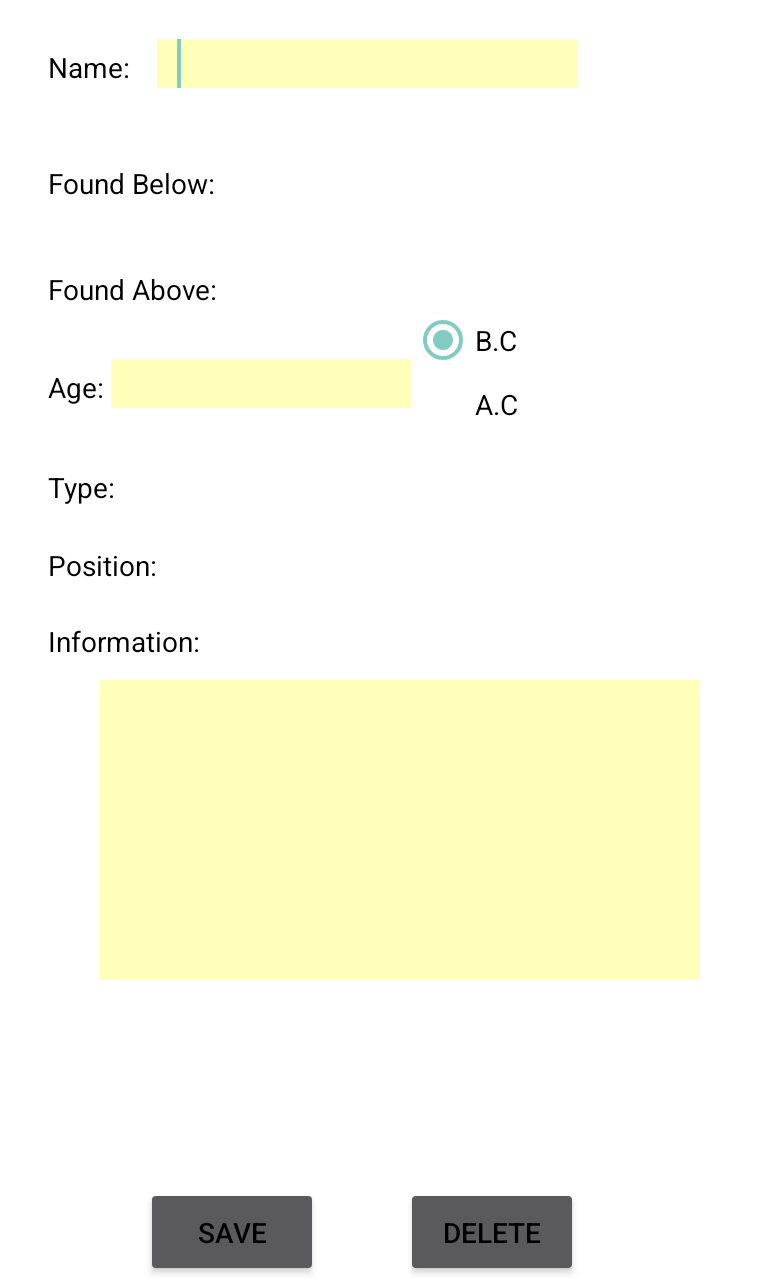
Repository: qfornaguera/AppQuelogy
Layout: AppQueology/res/layout/activity_artifact.xml
These files come from the project's save history. The layout is drawn as it stood at one moment and after the next save; the edit follows.
It is drawn on a 768 x 1280 px phone screen (xhdpi) without system bars, with theme Theme.AppCompat; the app's code is not run.

Above is the layout before, as saved 2014-05-28 16:29:22.

### AppQueology/res/layout/activity_artifact.xml
<RelativeLayout xmlns:tools="http://schemas.android.com/tools"
    xmlns:android="http://schemas.android.com/apk/res/android"
    android:layout_width="wrap_content"
    android:layout_height="wrap_content"
    android:background="#ffffff"
    tools:context="com.example.appqueology.ArtifactActivity" >

	<ScrollView
	    android:layout_width="wrap_content"
	    android:layout_height="wrap_content" >

		<RelativeLayout
		    android:id="@+id/container"
		    android:layout_width="wrap_content"
		    android:layout_height="594dp"
		    android:background="#ffffff"
		    tools:ignore="MergeRootFrame" >

		    <TextView
		        android:id="@+id/textView1"
		        android:layout_width="wrap_content"
		        android:layout_height="wrap_content"
		        android:layout_alignParentLeft="true"
		        android:layout_alignParentTop="true"
		        android:layout_marginLeft="24dp"
		        android:layout_marginTop="24dp"
		        android:text="Name: "
		        android:textColor="#000000" />



		    <TextView
		        android:id="@+id/textView2"
		        android:layout_width="wrap_content"
		        android:layout_height="wrap_content"
		        android:layout_alignLeft="@+id/textView1"
		        android:layout_below="@+id/editText1"
		        android:layout_marginTop="38dp"
		        android:text="Found Below: "
		        android:textAppearance="?android:attr/textAppearanceSmall"
		        android:textColor="#000000" />

		    <TextView
		        android:id="@+id/textView3"
		        android:layout_width="wrap_content"
		        android:layout_height="wrap_content"
		        android:layout_alignBaseline="@+id/textView2"
		        android:layout_alignBottom="@+id/textView2"
		        android:layout_alignRight="@+id/editText1"
		        android:layout_toRightOf="@+id/textView2"
		        android:ems="10"
		        android:textColor="#000000" />

		    <TextView
		        android:id="@+id/textView4"
		        android:layout_width="wrap_content"
		        android:layout_height="wrap_content"
		        android:layout_alignLeft="@+id/textView2"
		        android:layout_below="@+id/textView2"
		        android:layout_marginTop="34dp"
		        android:text="Found Above: "
		        android:textAppearance="?android:attr/textAppearanceSmall"
		        android:textColor="#000000" />

		    <TextView
		        android:id="@+id/textView5"
		        android:layout_width="wrap_content"
		        android:layout_height="wrap_content"
		        android:layout_alignBaseline="@+id/textView4"
		        android:layout_alignBottom="@+id/textView4"
		        android:layout_alignParentRight="true"
		        android:layout_toRightOf="@+id/textView4"
		        android:textColor="#000000" />

		    <TextView
		        android:id="@+id/textView6"
		        android:layout_width="wrap_content"
		        android:layout_height="wrap_content"
		        android:layout_alignLeft="@+id/textView4"
		        android:layout_below="@+id/textView4"
		        android:layout_marginTop="30dp"
		        android:text="Age: "
		        android:textColor="#000000" />

		    <EditText
		        android:id="@+id/editText2"
		        android:layout_width="wrap_content"
		        android:layout_height="wrap_content"
		        android:layout_alignBaseline="@+id/textView6"
		        android:layout_alignBottom="@+id/textView6"
		        android:layout_toRightOf="@+id/textView6"
		        android:background="#FEFFB8"
		        android:ems="10"
		        android:inputType="numberSigned"
		        android:paddingLeft="10dp"
		        android:textColor="#000000"
		        android:width="150dp" />

		    <TextView
		        android:id="@+id/textView7"
		        android:layout_width="wrap_content"
		        android:layout_height="wrap_content"
		        android:layout_alignLeft="@+id/textView6"
		        android:layout_below="@+id/radioGroup1"
		        android:layout_marginTop="16dp"
		        android:text="Type: "
		        android:textColor="#000000" />

		    <RadioGroup
		        android:id="@+id/radioGroup1"
		        android:layout_width="wrap_content"
		        android:layout_height="wrap_content"
		        android:layout_below="@+id/textView5"
		        android:layout_toRightOf="@+id/editText2"
		        android:width="50dp" >

		        <RadioButton
		            android:id="@+id/radio0"
		            android:layout_width="wrap_content"
		            android:layout_height="wrap_content"
		            android:checked="true"
		            android:text="B.C"
		            android:textColor="#000000" />

		        <RadioButton
		            android:id="@+id/radio1"
		            android:layout_width="wrap_content"
		            android:layout_height="wrap_content"
		            android:text="A.C"
		            android:textColor="#000000" />
		    </RadioGroup>

		    <TextView
		        android:id="@+id/textView8"
		        android:layout_width="wrap_content"
		        android:layout_height="wrap_content"
		        android:layout_alignBottom="@+id/textView7"
		        android:layout_alignRight="@+id/textView3"
		        android:layout_toRightOf="@+id/textView1"
		        android:textColor="#000000" />

		    <TextView
		        android:id="@+id/textView9"
		        android:layout_width="wrap_content"
		        android:layout_height="wrap_content"
		        android:layout_alignLeft="@+id/textView7"
		        android:layout_below="@+id/textView7"
		        android:layout_marginTop="58dp"
		        android:text="Information: "
		        android:textColor="#000000" />

		    <TextView
		        android:id="@+id/textView10"
		        android:layout_width="wrap_content"
		        android:layout_height="wrap_content"
		        android:layout_alignLeft="@+id/textView7"
		        android:layout_below="@+id/textView7"
		        android:layout_marginTop="20dp"
		        android:text="Position:"
		        android:textColor="#000000" />

		    <EditText
		        android:id="@+id/editText3"
		        android:layout_width="300dp"
		        android:layout_height="150dp"
		        android:layout_alignParentLeft="true"
		        android:layout_below="@+id/textView9"
		        android:layout_marginLeft="50dp"
		        android:layout_marginTop="10dp"
		        android:background="#FEFFB8"
		        android:ems="10"
		        android:gravity="center_vertical|top"
		        android:inputType="textMultiLine"
		        android:paddingLeft="10dp"
		        android:textColor="#000000"
		        android:textSize="10sp" >

		    </EditText>

		    <EditText
		        android:id="@+id/editText1"
		        android:layout_width="wrap_content"
		        android:layout_height="wrap_content"
		        android:layout_alignBaseline="@+id/textView1"
		        android:layout_alignBottom="@+id/textView1"
		        android:layout_toRightOf="@+id/textView10"
		        android:background="#FEFFB8"
		        android:ems="10"
		        android:maxLength="25"
		        android:paddingLeft="10dp"
		        android:textColor="#000000" >

		        <requestFocus />
		    </EditText>

		    <Spinner
		        android:id="@+id/spinner1"
		        android:layout_width="wrap_content"
		        android:layout_height="wrap_content"
		        android:layout_marginLeft="1dp"
		        android:layout_marginTop="-9dp"
		        android:layout_alignTop="@+id/textView10"
		        android:layout_toRightOf="@+id/textView10" />

		</RelativeLayout>
	</ScrollView>

    <Button
        android:id="@+id/delete"
        android:layout_width="wrap_content"
        android:layout_height="wrap_content"
        android:layout_alignParentBottom="true"
        android:layout_marginLeft="42dp"
        android:layout_toRightOf="@+id/save"
        android:text="Delete"
        android:textColor="#000000" />

    <Button
        android:id="@+id/save"
        android:layout_width="wrap_content"
        android:layout_height="wrap_content"
        android:layout_alignParentBottom="true"
        android:layout_alignParentLeft="true"
        android:layout_marginLeft="72dp"
        android:text="Save"
        android:textColor="#000000" />

</RelativeLayout>

After the next save:
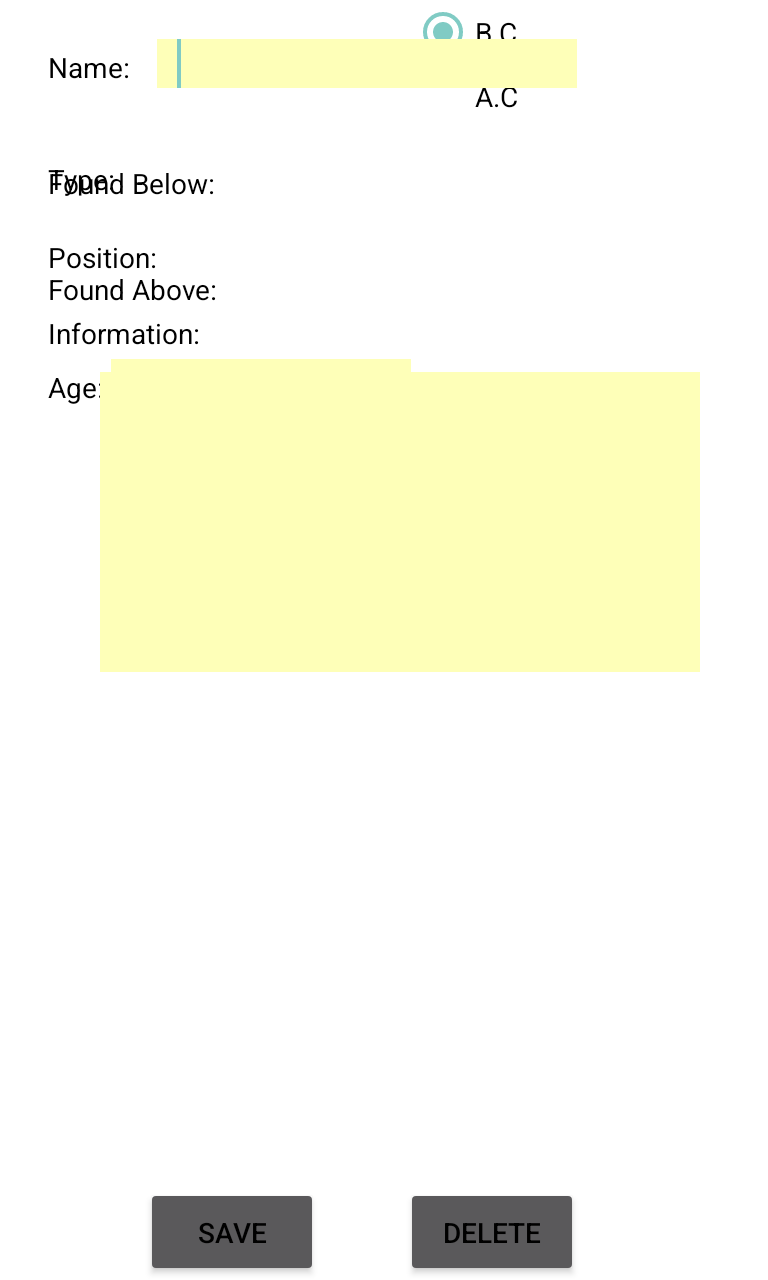
Saved 13 min 15 s later.
--- a/AppQueology/res/layout/activity_artifact.xml
+++ b/AppQueology/res/layout/activity_artifact.xml
@@ -61,17 +61,17 @@
 		        android:text="Found Above: "
 		        android:textAppearance="?android:attr/textAppearanceSmall"
 		        android:textColor="#000000" />
-
-		    <TextView
-		        android:id="@+id/textView5"
-		        android:layout_width="wrap_content"
-		        android:layout_height="wrap_content"
-		        android:layout_alignBaseline="@+id/textView4"
-		        android:layout_alignBottom="@+id/textView4"
-		        android:layout_alignParentRight="true"
-		        android:layout_toRightOf="@+id/textView4"
-		        android:textColor="#000000" />
-
+			<HorizontalScrollView >
+			    <TextView
+			        android:id="@+id/textView5"
+			        android:layout_width="wrap_content"
+			        android:layout_height="wrap_content"
+			        android:layout_alignBaseline="@+id/textView4"
+			        android:layout_alignBottom="@+id/textView4"
+			        android:layout_alignParentRight="true"
+			        android:layout_toRightOf="@+id/textView4"
+			        android:textColor="#000000" />
+			</HorizontalScrollView>
 		    <TextView
 		        android:id="@+id/textView6"
 		        android:layout_width="wrap_content"

After the 2 saves that followed:
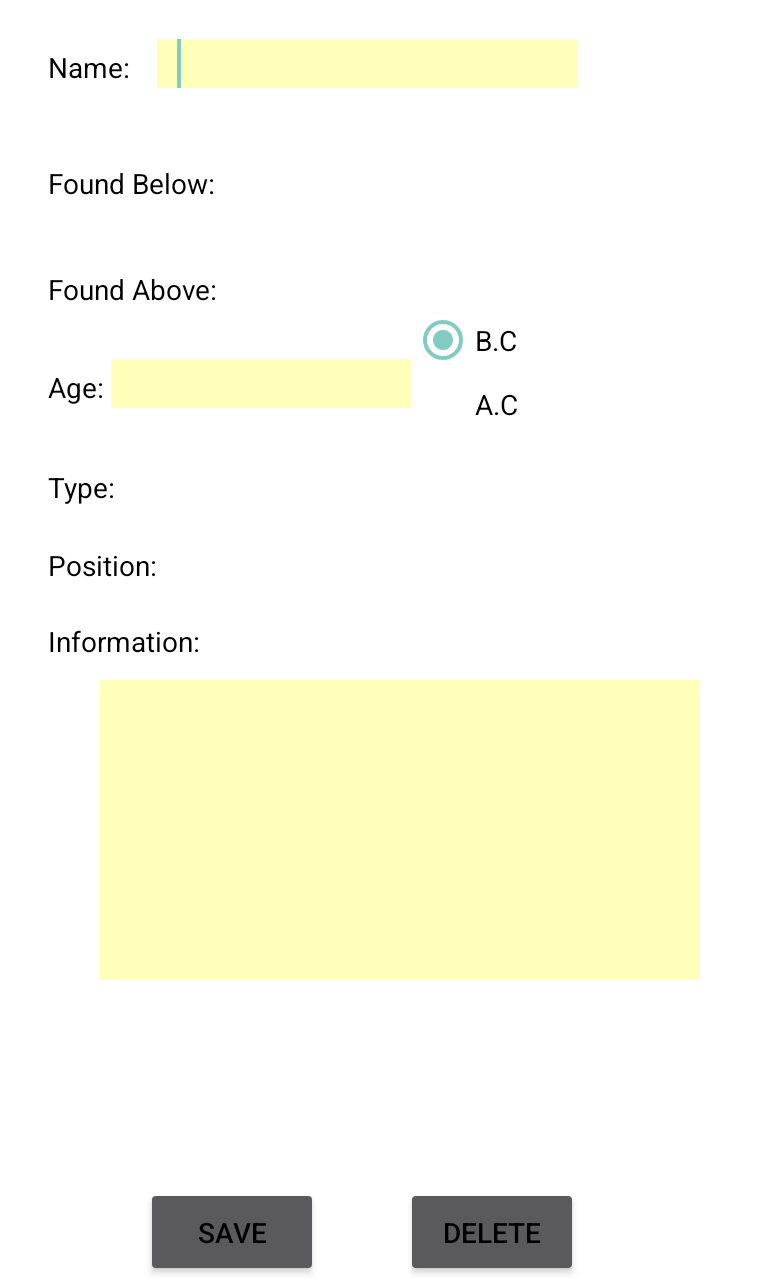
The 2 saves are shown as one change because 1 left the picture as it was.
The last was saved 113 s later.
--- a/AppQueology/res/layout/activity_artifact.xml
+++ b/AppQueology/res/layout/activity_artifact.xml
@@ -61,15 +61,20 @@
 		        android:text="Found Above: "
 		        android:textAppearance="?android:attr/textAppearanceSmall"
 		        android:textColor="#000000" />
-			<HorizontalScrollView >
+
+			<HorizontalScrollView
+			    android:layout_width="match_parent"
+			    android:layout_height="match_parent"
+			    android:layout_alignBaseline="@+id/textView4"
+		        android:layout_alignBottom="@+id/textView4"
+		        android:layout_alignParentRight="true"
+		        android:layout_toRightOf="@+id/textView4">
+
 			    <TextView
 			        android:id="@+id/textView5"
 			        android:layout_width="wrap_content"
 			        android:layout_height="wrap_content"
-			        android:layout_alignBaseline="@+id/textView4"
-			        android:layout_alignBottom="@+id/textView4"
-			        android:layout_alignParentRight="true"
-			        android:layout_toRightOf="@+id/textView4"
+
 			        android:textColor="#000000" />
 			</HorizontalScrollView>
 		    <TextView
@@ -105,30 +110,6 @@
 		        android:layout_marginTop="16dp"
 		        android:text="Type: "
 		        android:textColor="#000000" />
-
-		    <RadioGroup
-		        android:id="@+id/radioGroup1"
-		        android:layout_width="wrap_content"
-		        android:layout_height="wrap_content"
-		        android:layout_below="@+id/textView5"
-		        android:layout_toRightOf="@+id/editText2"
-		        android:width="50dp" >
-
-		        <RadioButton
-		            android:id="@+id/radio0"
-		            android:layout_width="wrap_content"
-		            android:layout_height="wrap_content"
-		            android:checked="true"
-		            android:text="B.C"
-		            android:textColor="#000000" />
-
-		        <RadioButton
-		            android:id="@+id/radio1"
-		            android:layout_width="wrap_content"
-		            android:layout_height="wrap_content"
-		            android:text="A.C"
-		            android:textColor="#000000" />
-		    </RadioGroup>
 
 		    <TextView
 		        android:id="@+id/textView8"
@@ -202,6 +183,30 @@
 		        android:layout_alignTop="@+id/textView10"
 		        android:layout_toRightOf="@+id/textView10" />
 
+		    <RadioGroup
+		        android:id="@+id/radioGroup1"
+		        android:layout_width="wrap_content"
+		        android:layout_height="wrap_content"
+		        android:layout_below="@+id/textView4"
+		        android:layout_toRightOf="@+id/editText2"
+		        android:width="50dp" >
+
+		        <RadioButton
+		            android:id="@+id/radio0"
+		            android:layout_width="wrap_content"
+		            android:layout_height="wrap_content"
+		            android:checked="true"
+		            android:text="B.C"
+		            android:textColor="#000000" />
+
+		        <RadioButton
+		            android:id="@+id/radio1"
+		            android:layout_width="wrap_content"
+		            android:layout_height="wrap_content"
+		            android:text="A.C"
+		            android:textColor="#000000" />
+		    </RadioGroup>
+
 		</RelativeLayout>
 	</ScrollView>
 
